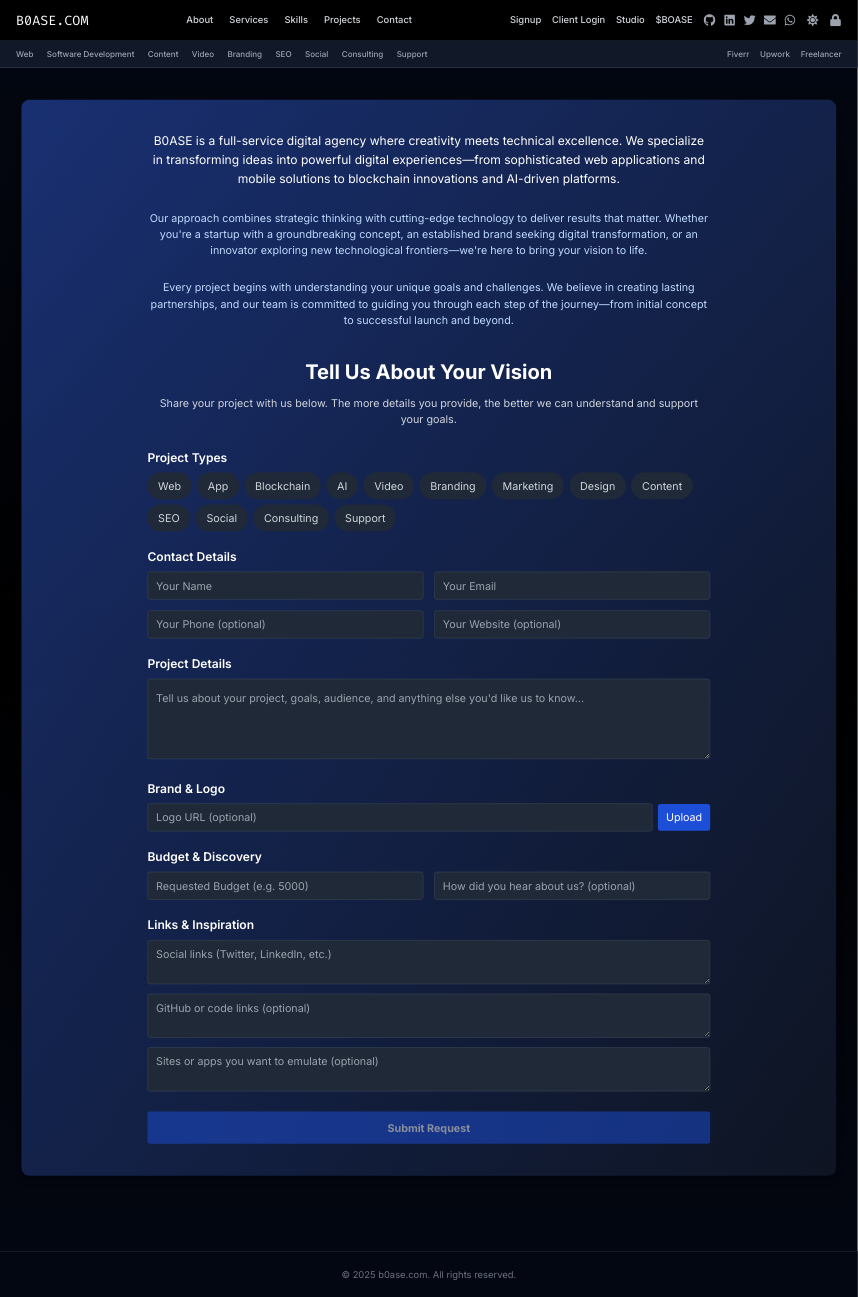
Repository: b0ase/rafskitchen
Page: /signup
An editor plug-in stored every save of this project. The page is shown before and after the next save, followed by the edit.
The browser window is 1280 px wide. The pictures show the whole page, at 67% of full size.
The page's requests for data from a server got no answer. The project was rebuilt for these pictures with package versions that can differ from the ones it lists, and the page was loaded fresh each time. The framework's server and built-in components were replaced by stand-ins that run in the browser. No one was signed in, and anything a server would have sent is missing. Also part of the build but not shown: next.config.js.

Above is the page before, as saved 2025-05-04 11:18:14.

After the next save:
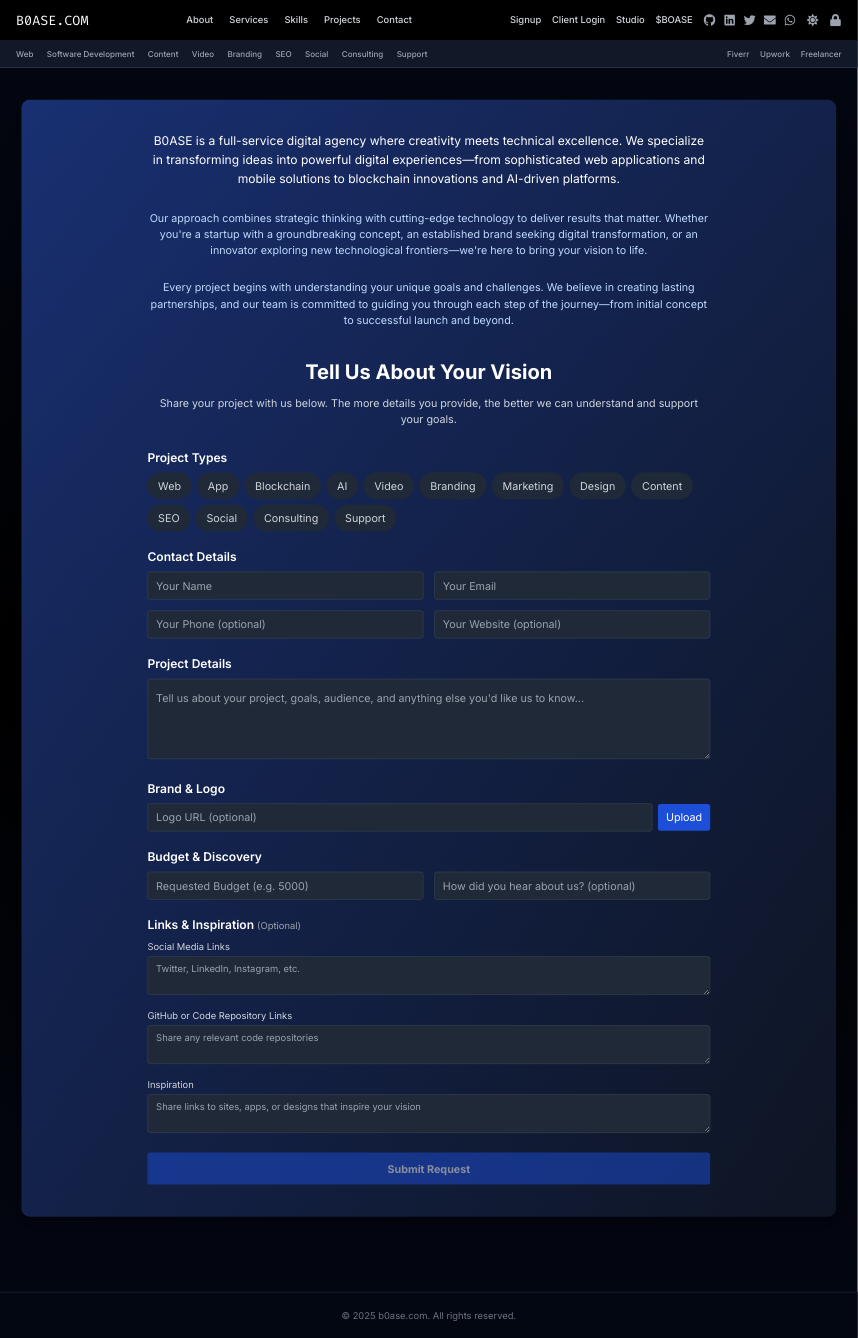
Saved 46 s later.
--- a/app/components/ClientSignupForm.tsx
+++ b/app/components/ClientSignupForm.tsx
@@ -151,10 +151,36 @@
         </div>
 
         <div>
-          <h3 className="text-lg font-semibold mb-2">Links & Inspiration</h3>
-          <textarea className="w-full px-3 py-2 bg-gray-800 border border-gray-700 rounded" placeholder="Social links (Twitter, LinkedIn, etc.)" value={form.socials} onChange={e => setForm(f => ({ ...f, socials: e.target.value }))} />
-          <textarea className="w-full px-3 py-2 bg-gray-800 border border-gray-700 rounded mt-2" placeholder="GitHub or code links (optional)" value={form.github_links} onChange={e => setForm(f => ({ ...f, github_links: e.target.value }))} />
-          <textarea className="w-full px-3 py-2 bg-gray-800 border border-gray-700 rounded mt-2" placeholder="Sites or apps you want to emulate (optional)" value={form.inspiration_links} onChange={e => setForm(f => ({ ...f, inspiration_links: e.target.value }))} />
+          <h3 className="text-lg font-semibold mb-2">Links & Inspiration <span className="text-sm font-normal text-gray-400">(Optional)</span></h3>
+          <div className="space-y-4 text-sm">
+            <div>
+              <label className="block text-gray-300 mb-1">Social Media Links</label>
+              <textarea
+                className="w-full px-3 py-2 bg-gray-800 border border-gray-700 rounded"
+                placeholder="Twitter, LinkedIn, Instagram, etc."
+                value={form.socials}
+                onChange={e => setForm(f => ({ ...f, socials: e.target.value }))}
+              />
+            </div>
+            <div>
+              <label className="block text-gray-300 mb-1">GitHub or Code Repository Links</label>
+              <textarea
+                className="w-full px-3 py-2 bg-gray-800 border border-gray-700 rounded"
+                placeholder="Share any relevant code repositories"
+                value={form.github_links}
+                onChange={e => setForm(f => ({ ...f, github_links: e.target.value }))}
+              />
+            </div>
+            <div>
+              <label className="block text-gray-300 mb-1">Inspiration</label>
+              <textarea
+                className="w-full px-3 py-2 bg-gray-800 border border-gray-700 rounded"
+                placeholder="Share links to sites, apps, or designs that inspire your vision"
+                value={form.inspiration_links}
+                onChange={e => setForm(f => ({ ...f, inspiration_links: e.target.value }))}
+              />
+            </div>
+          </div>
         </div>
 
         <button type="submit" className="w-full bg-blue-700 hover:bg-blue-600 text-white font-bold py-3 px-4 rounded disabled:opacity-50" disabled={uploading || !form.name || !form.email || !form.project_brief}>
